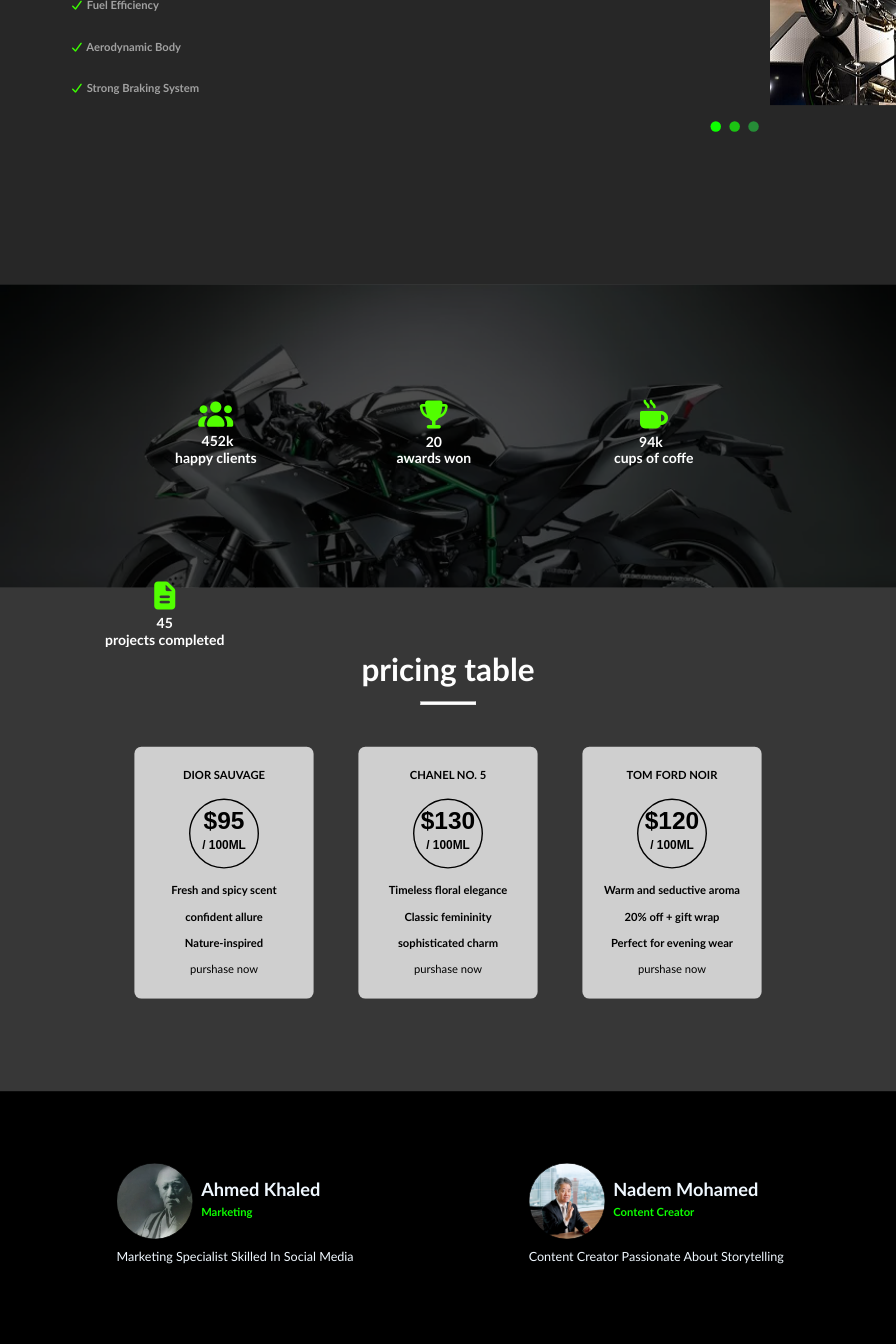
Repository: mustafasayed075-stack/project1
Page: index.html
These files come from the project's save history. The page is drawn as it stood at one moment and after the next save; the edit follows.
The browser window is 1280 px wide. The pictures show the part of the page from y = 3187 to 5107 px (the page is 6669 px tall), at 70% of full size.
Backgrounds fixed to the window are drawn as part of the page.

Above is the page before, as saved 2025-09-20 19:21:12.

After the next save:
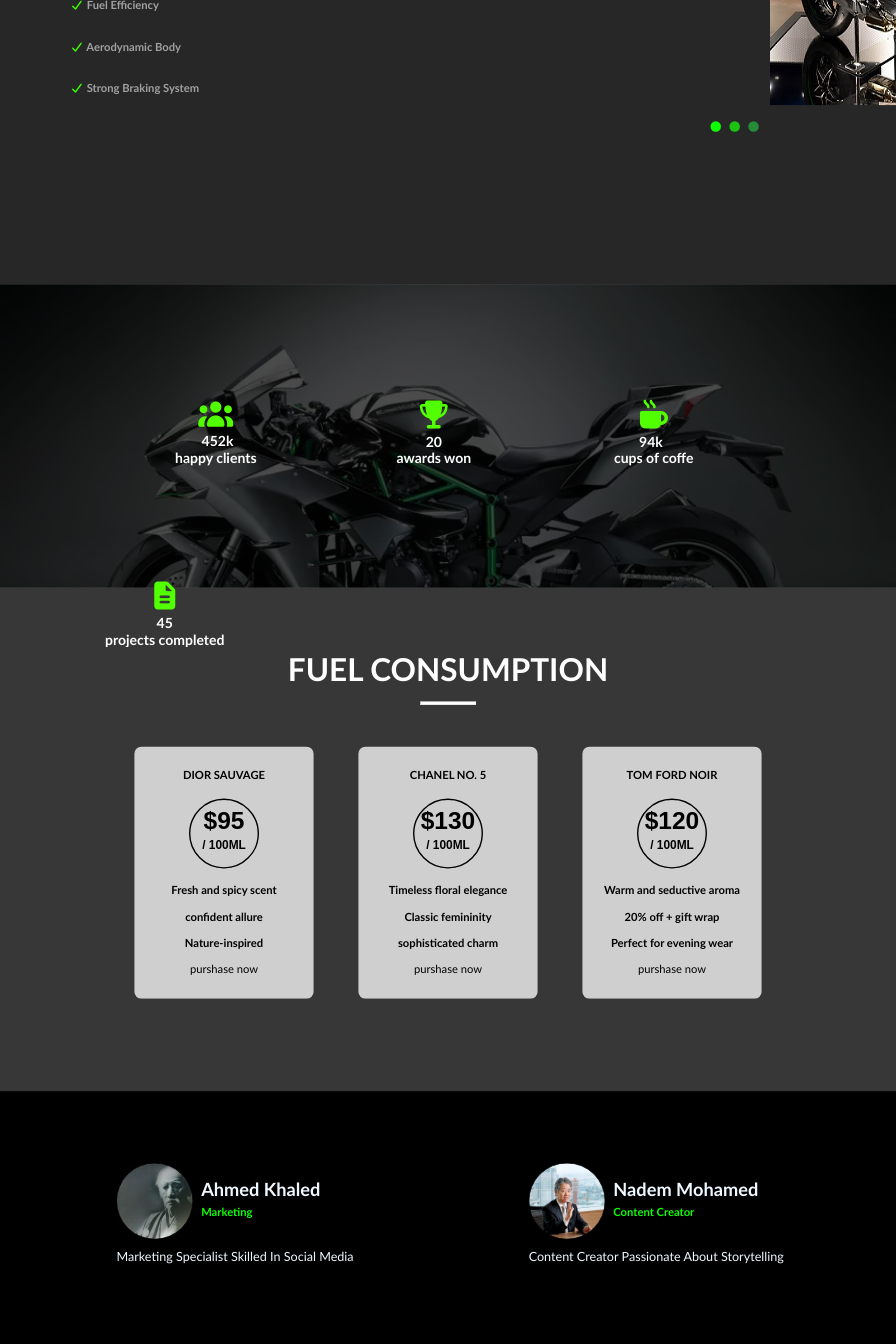
Saved 8 min 4 s later.
--- a/index.html
+++ b/index.html
@@ -232,7 +232,7 @@
           <div class="section7-container">
             <div class="section7-parent">
                 <div class="section7-content">
-                    <h2 class="h2-div7">pricing table</h2>
+                    <h2 class="h2-div7">FUEL CONSUMPTION</h2>
                     <br>
                     <hr class="hr7">
                     <div class="section7-div1">
